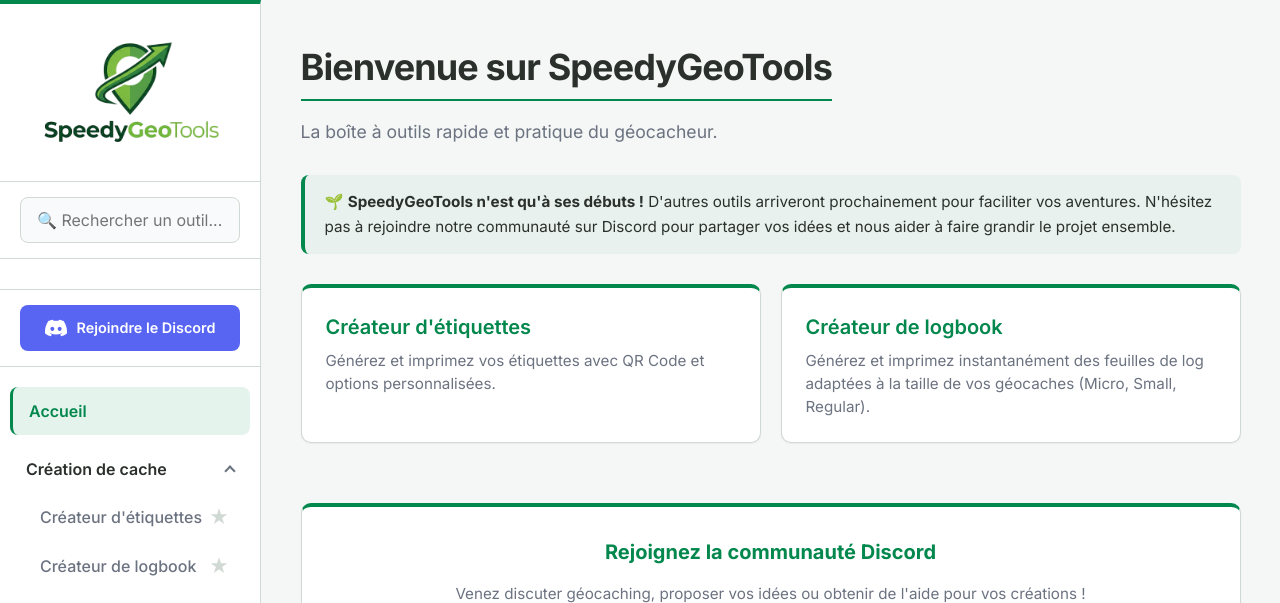
Repository: rodafux/SpeedyGeoTools
Page: index.html
These files come from the project's save history. The page is drawn as it stood at one moment and after the next save; the edit follows.
The browser window is 1280 px wide. The pictures show the part of the page from y = 0 to 603 px (the page is 1346 px tall before and 1323 px after).
Pictures or frames that could not be fetched are drawn as grey boxes.

Above is the page before, as saved 2026-04-11 00:24:26.

After the next save:
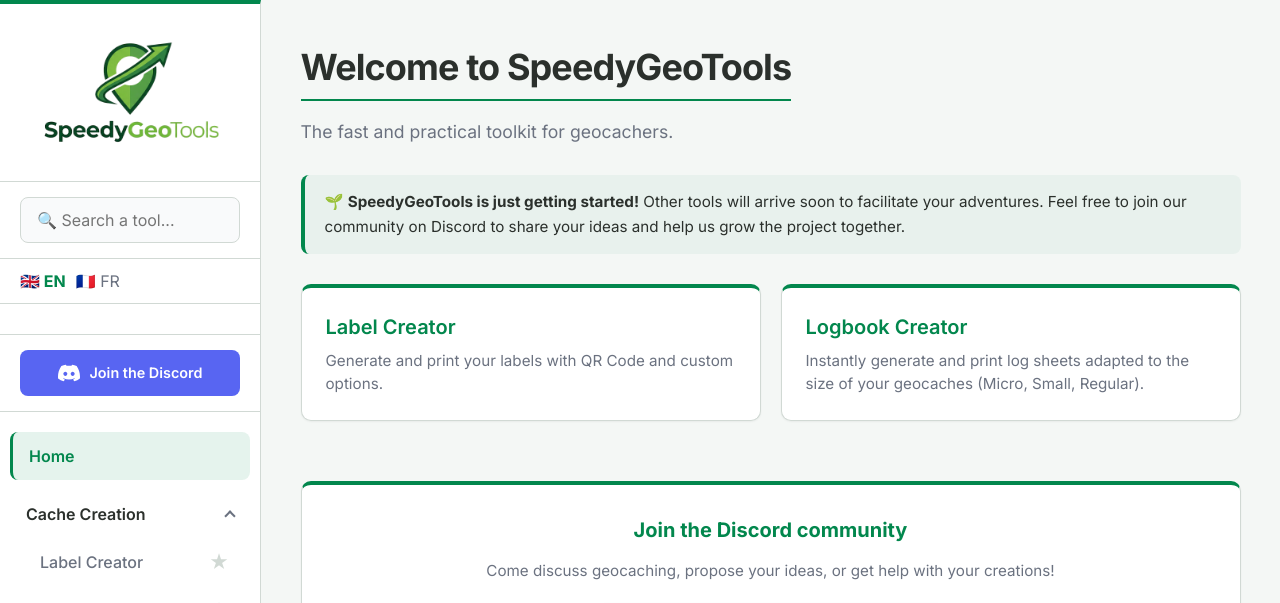
Saved 31 min 15 s later.
--- a/index.html
+++ b/index.html
@@ -1,9 +1,15 @@
 <!DOCTYPE html>
-<html lang="fr">
+<html lang="en">
 <head>
     <meta charset="UTF-8">
     <meta name="viewport" content="width=device-width, initial-scale=1.0">
-    <title>SpeedyGeoTools - Accueil</title>
+    <title>SpeedyGeoTools - Home</title>
+    <meta name="description" content="The fast and practical toolkit for geocachers. Instantly generate custom labels and logbooks.">
+
+    <link rel="alternate" hreflang="en" href="https://speedygeotools.com/" />
+    <link rel="alternate" hreflang="fr" href="https://speedygeotools.com/fr/" />
+    <link rel="alternate" hreflang="x-default" href="https://speedygeotools.com/" />
+
     <link rel="preconnect" href="https://fonts.googleapis.com">
     <link rel="preconnect" href="https://fonts.gstatic.com" crossorigin>
     <link href="https://fonts.googleapis.com/css2?family=Inter:wght@400;500;600;700&display=swap" rel="stylesheet">
@@ -19,61 +25,67 @@
         </div>
         <div class="sidebar-content" id="sidebarContent">
             <div class="search-container">
-                <input type="text" id="toolSearch" placeholder="🔍 Rechercher un outil..." onkeyup="filterTools()">
+                <input type="text" id="toolSearch" placeholder="🔍 Search a tool..." onkeyup="filterTools()">
             </div>
+
+            <div style="padding: 10px 20px; border-bottom: 1px solid var(--border-color); display: flex; gap: 10px;">
+                <a href="index.html" style="text-decoration: none; font-weight: bold; color: var(--primary-color);">🇬🇧 EN</a>
+                <a href="fr/index.html" style="text-decoration: none; color: var(--text-muted);">🇫🇷 FR</a>
+            </div>
+
             <div id="google_translate_element" class="translation-widget"></div>
             <div class="sidebar-discord">
                 <a href="https://discord.gg/7D9yHJCKaA" target="_blank">
                     <svg viewBox="0 0 127.14 96.36" width="22" height="22" fill="currentColor">
                         <path d="M107.7,8.07A105.15,105.15,0,0,0,81.47,0a72.06,72.06,0,0,0-3.36,6.83A97.68,97.68,0,0,0,49,6.83,72.37,72.37,0,0,0,45.64,0,105.89,105.89,0,0,0,19.39,8.09C2.79,32.65-1.71,56.6.54,80.21h0A105.73,105.73,0,0,0,32.71,96.36,77.7,77.7,0,0,0,39.6,85.25a68.42,68.42,0,0,1-10.85-5.18c.91-.66,1.8-1.34,2.66-2a75.57,75.57,0,0,0,64.32,0c.87.71,1.76,1.39,2.66,2a68.68,68.68,0,0,1-10.87,5.19,77,77,0,0,0,6.89,11.1A105.25,105.25,0,0,0,126.6,80.22h0C129.24,52.84,122.09,29.11,107.7,8.07ZM42.45,65.69C36.18,65.69,31,60,31,53s5-12.74,11.43-12.74S54,46,53.89,53,48.84,65.69,42.45,65.69Zm42.24,0C78.41,65.69,73.31,60,73.31,53s5-12.74,11.43-12.74S96.33,46,96.22,53,91.08,65.69,84.69,65.69Z"/>
                     </svg>
-                    <span>Rejoindre le Discord</span>
+                    <span>Join the Discord</span>
                 </a>
             </div>
             <div class="sidebar-nav">
-                <a href="index.html" class="active">Accueil</a>
+                <a href="index.html" class="active">Home</a>
                 <details open>
-                    <summary>Création de cache</summary>
-                    <a href="etiquettes.html">Créateur d'étiquettes</a>
-                    <a href="logbook.html">Créateur de logbook</a>
+                    <summary>Cache Creation</summary>
+                    <a href="etiquettes.html">Label Creator</a>
+                    <a href="logbook.html">Logbook Creator</a>
                 </details>
             </div>
         </div>
     </div>
     <div class="app-content">
         <div class="container">
-            <h1>Bienvenue sur SpeedyGeoTools</h1>
-            <p class="subtitle">La boîte à outils rapide et pratique du géocacheur.</p>
+            <h1>Welcome to SpeedyGeoTools</h1>
+            <p class="subtitle">The fast and practical toolkit for geocachers.</p>
             <div class="welcome-message">
-                <p>🌱 <strong>SpeedyGeoTools n'est qu'à ses débuts !</strong> D'autres outils arriveront prochainement pour faciliter vos aventures. N'hésitez pas à rejoindre notre communauté sur Discord pour partager vos idées et nous aider à faire grandir le projet ensemble.</p>
+                <p>🌱 <strong>SpeedyGeoTools is just getting started!</strong> Other tools will arrive soon to facilitate your adventures. Feel free to join our community on Discord to share your ideas and help us grow the project together.</p>
             </div>
             <div class="home-grid">
                 <a href="etiquettes.html" style="text-decoration: none; color: inherit;">
                     <div class="tool-card">
-                        <h2>Créateur d'étiquettes</h2>
-                        <p>Générez et imprimez vos étiquettes avec QR Code et options personnalisées.</p>
+                        <h2>Label Creator</h2>
+                        <p>Generate and print your labels with QR Code and custom options.</p>
                     </div>
                 </a>
                 <a href="logbook.html" style="text-decoration: none; color: inherit;">
                     <div class="tool-card">
-                        <h2>Créateur de logbook</h2>
-                        <p>Générez et imprimez instantanément des feuilles de log adaptées à la taille de vos géocaches (Micro, Small, Regular).</p>
+                        <h2>Logbook Creator</h2>
+                        <p>Instantly generate and print log sheets adapted to the size of your geocaches (Micro, Small, Regular).</p>
                     </div>
                 </a>
             </div>
             <div class="widget-container">
-                <h2>Rejoignez la communauté Discord</h2>
-                <p>Venez discuter géocaching, proposer vos idées ou obtenir de l'aide pour vos créations !</p>
+                <h2>Join the Discord community</h2>
+                <p>Come discuss geocaching, propose your ideas, or get help with your creations!</p>
                 <div class="iframe-wrapper">
                     <iframe src="https://discord.com/widget?id=1491451481055039500&theme=dark" width="350" height="500" allowtransparency="true" frameborder="0" sandbox="allow-popups allow-popups-to-escape-sandbox allow-same-origin allow-scripts"></iframe>
                 </div>
             </div>
         </div>
         <footer class="site-footer no-print">
-            <p>SpeedyGeoTools vous est utile ? <a href="https://paypal.me/JulienPorcher" target="_blank" rel="noopener noreferrer">Faites un don via PayPal</a> ❤️</p>
+            <p>Find SpeedyGeoTools useful? <a href="https://paypal.me/JulienPorcher" target="_blank" rel="noopener noreferrer">Make a donation via PayPal</a> ❤️</p>
             <p class="disclaimer">
-                SpeedyGeoTools est un outil tiers créé par un joueur. Le logo Geocaching est une marque déposée de Groundspeak, Inc. utilisée avec permission. Ce site n'est ni affilié, ni approuvé, ni sponsorisé par Groundspeak, Inc.<br>
-                <a href="mentions-legales.html">Mentions Légales & Données Personnelles</a>
+                SpeedyGeoTools is a third-party tool created by a player. The Geocaching logo is a registered trademark of Groundspeak, Inc. used with permission. This site is not affiliated with, endorsed by, or sponsored by Groundspeak, Inc.<br>
+                <a href="mentions-legales.html">Legal Notice & Privacy Policy</a>
             </p>
         </footer>
     </div>
